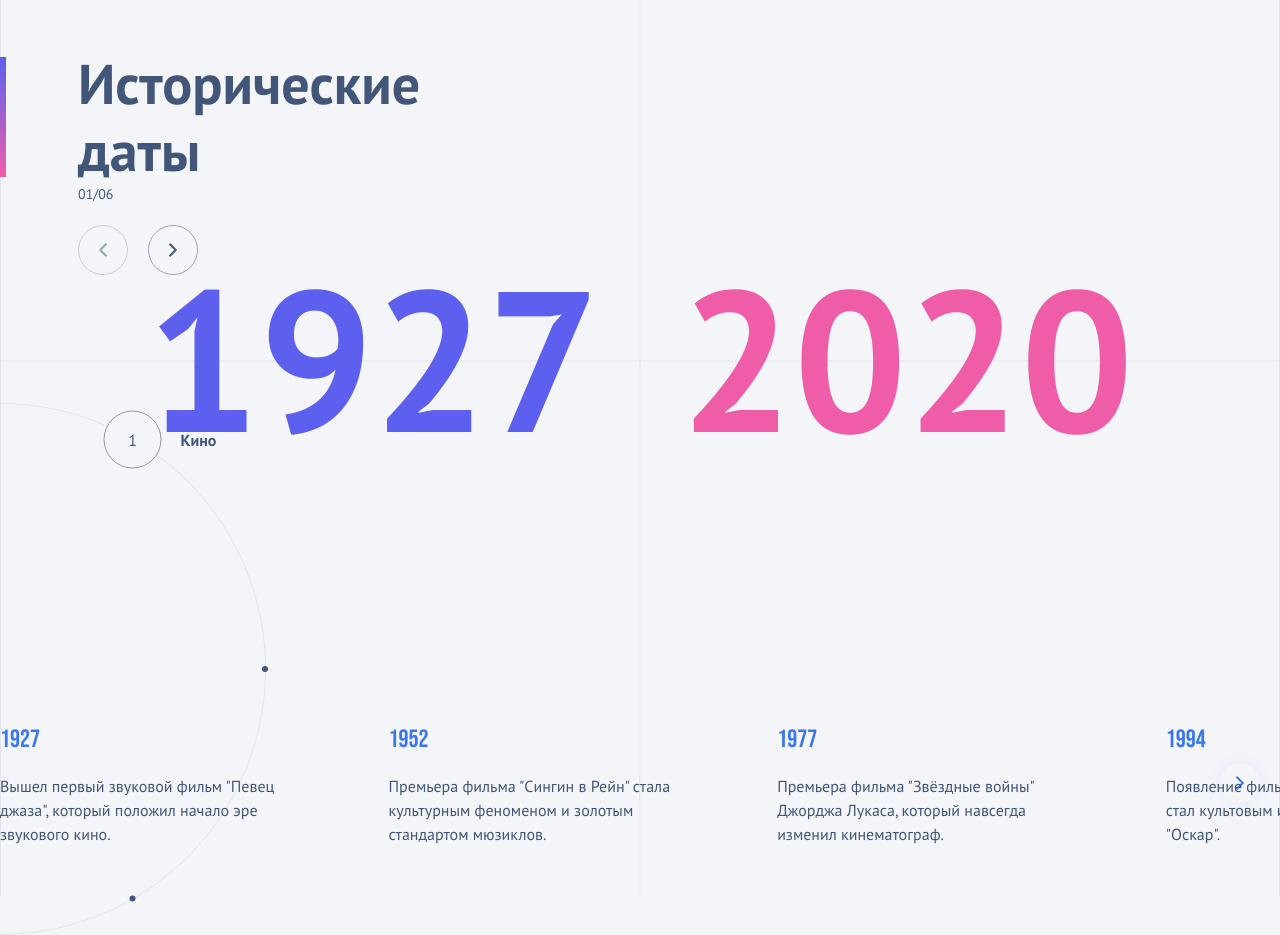
Repository: LenarTulupov/only
Page: /
An editor plug-in stored every save of this project. The page is shown before and after the next save, followed by the edit.
The browser window is 1280 px wide. The pictures show the whole page.
The project was rebuilt for these pictures with package versions that can differ from the ones it lists, and the page was loaded fresh each time.

Above is the page before, as saved 2024-12-18 13:30:12.

After the next save:
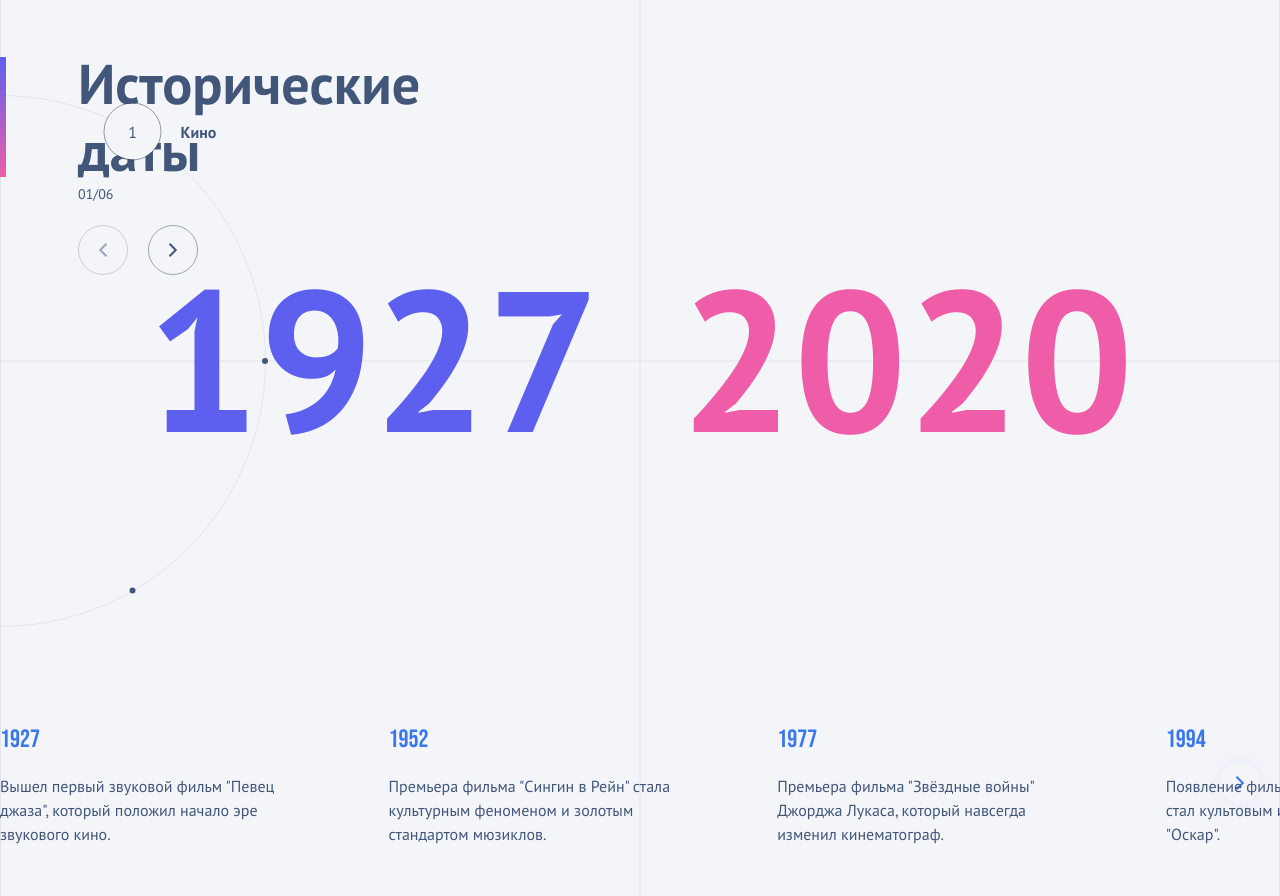
Saved 6 s later.
--- a/src/pages/home/history/history.module.scss
+++ b/src/pages/home/history/history.module.scss
@@ -27,7 +27,7 @@
 }
 .circle {
   position: absolute;
-  top: 50%;
+  top: 0;
   transform: translate(-50%);
   margin-top: 45px;
 }
